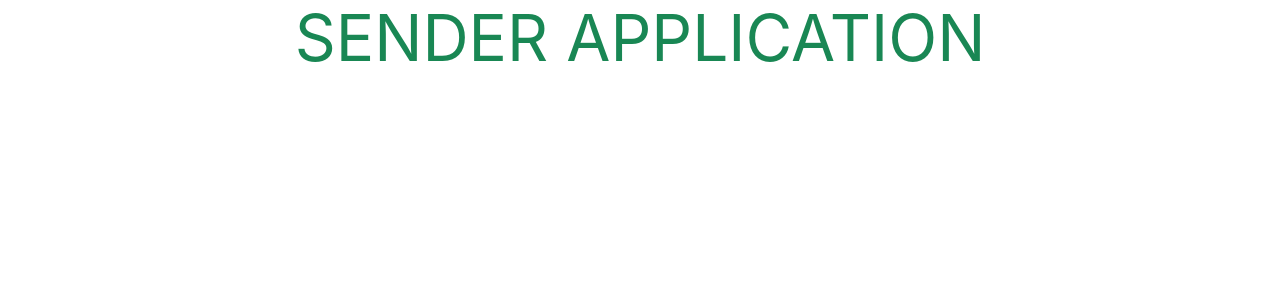
Repository: oluwaseyi9325/react-redux
Page: /mailer
An editor plug-in stored every save of this project. The page is shown before and after the next save, followed by the edit.
The browser window is 1280 px wide. The pictures show the whole page.
The project was rebuilt for these pictures with package versions that can differ from the ones it lists, and the page was loaded fresh each time. Also part of the build but not shown: src/Pages/Index.tsx, src/Pages/NotFond.tsx.

Above is the page before, as saved 2023-04-18 17:14:05.

### public/index.html
<!DOCTYPE html>
<html lang="en">

<head>
  <meta charset="utf-8" />
  <link rel="icon" href="%PUBLIC_URL%/favicon.ico" />
  <meta name="viewport" content="width=device-width, initial-scale=1" />
  <meta name="theme-color" content="#000000" />
  <meta name="description" content="Web site created using create-react-app" />
  <link rel="apple-touch-icon" href="%PUBLIC_URL%/logo192.png" />
  <link rel="manifest" href="%PUBLIC_URL%/manifest.json" />
  <link href="https://cdn.jsdelivr.net/npm/bootstrap@5.2.3/dist/css/bootstrap.min.css" rel="stylesheet" integrity="sha384-rbsA2VBKQhggwzxH7pPCaAqO46MgnOM80zW1RWuH61DGLwZJEdK2Kadq2F9CUG65" crossorigin="anonymous">
  <script src="https://cdn.jsdelivr.net/npm/bootstrap@5.2.3/dist/js/bootstrap.bundle.min.js" integrity="sha384-kenU1KFdBIe4zVF0s0G1M5b4hcpxyD9F7jL+jjXkk+Q2h455rYXK/7HAuoJl+0I4" crossorigin="anonymous"></script>
  <link rel="stylesheet" href="https://cdn.jsdelivr.net/npm/bootstrap-icons@1.10.3/font/bootstrap-icons.css">
  <title>SMS SENDER</title>
</head>

<body>
  <noscript>You need to enable JavaScript to run this app.</noscript>
  <div id="root"></div>
</body>

</html>

### src/index.tsx
import React from 'react';
import ReactDOM from 'react-dom/client';
import './index.css';
import App from './App';
import reportWebVitals from './reportWebVitals';
import { BrowserRouter } from 'react-router-dom';

const root = ReactDOM.createRoot(
  document.getElementById('root') as HTMLElement
);
root.render(
  <React.StrictMode>
    <BrowserRouter>
    <App />

    </BrowserRouter>
  </React.StrictMode>
);

// If you want to start measuring performance in your app, pass a function
// to log results (for example: reportWebVitals(console.log))
// or send to an analytics endpoint. Learn more: https://bit.ly/CRA-vitals
reportWebVitals();

### src/App.tsx
import React from 'react'
import { Route, Router, Routes } from 'react-router-dom'
import Index from './Pages/Index'
import Mailer from './Pages/Mailer'
import NotFond from './Pages/NotFond'

const App = () => {

  return (
    <>
    <Routes>
      <Route path='/' element={<Index/>} />
      <Route path='/mailer' element={<Mailer/>} />
      <Route path='*' element={<NotFond/>}/>
    </Routes>
    </>
  )
}

export default App

### src/Pages/Mailer.tsx
import React from 'react'
import NavBar from '../Components/NavBar'

const Mailer = () => {
  return (
    <div>
      <NavBar/>
    </div>
  )
}

export default Mailer

### src/Components/NavBar.tsx
import React from 'react'

const NavBar = () => {
  return (
    <>

      <div className='text-center'>
        <h4 className='text-success display-3'><b>SENDER APPLICATION</b></h4>
      </div>

    </>
  )
}

export default NavBar

Loaded but not shown: src/index.css (common file); src/reportWebVitals.ts (common file)

After the next save:
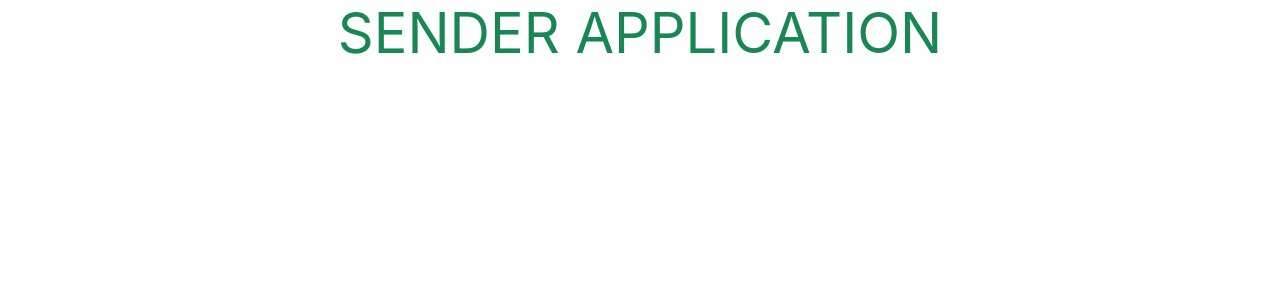
Saved 5 s later.
--- a/src/Components/NavBar.tsx
+++ b/src/Components/NavBar.tsx
@@ -5,7 +5,7 @@ const NavBar = () => {
     <>
 
       <div className='text-center'>
-        <h4 className='text-success display-3'><b>SENDER APPLICATION</b></h4>
+        <h4 className='text-success display-4'><b>SENDER APPLICATION</b></h4>
       </div>
 
     </>
